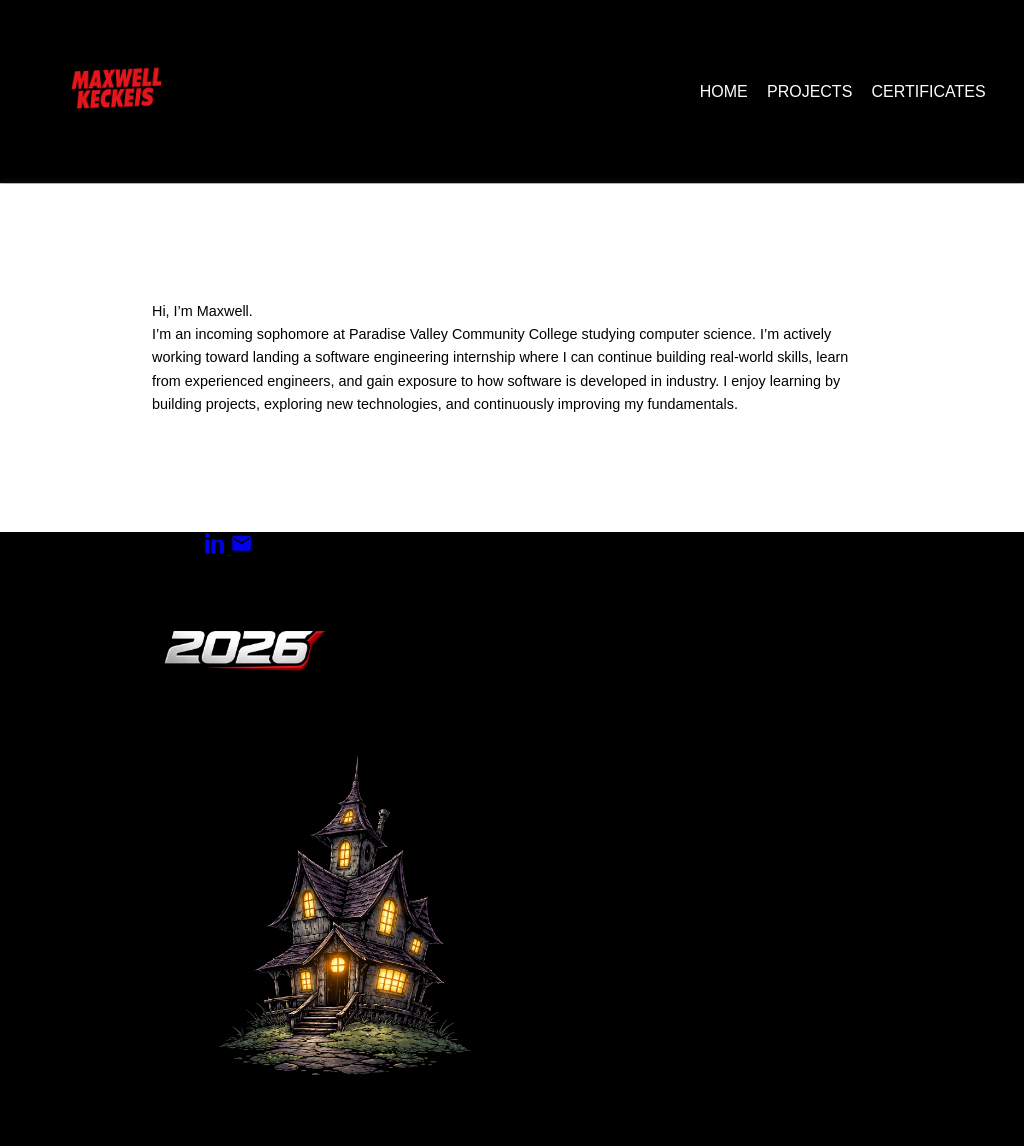
Repository: Maxwell-Keckeis/Maxwell-Keckeis.github.io
Page: index.html
An editor plug-in stored every save of this project. The page is shown before and after the next save, followed by the edit.
The browser window is 1280 px wide. The pictures show the whole page, at 80% of full size.
Some web fonts or font styles are not loaded; a fallback is used.

Above is the page before, as saved 2026-02-07 15:50:40.

### index.html
<!DOCTYPE html>
<html lang="en">
   <head>
      <meta charset="UTF-8">
      <meta name="viewport" content="width=device-width, initial-scale=1.0">
      <title>MEK</title>

      <link rel="preconnect" href="https://fonts.googleapis.com">
      <link rel="preconnect" href="https://fonts.gstatic.com" crossorigin>
      <link href="https://fonts.googleapis.com/css2?family=Anton+SC&display=swap" rel="stylesheet">

      <link rel="stylesheet" href="css/styles.css">
   </head>

   <body>
        <header>
            <div class="header-inner">

                <a href="./index.html">
                    <img src="./assets/images/max_logo.png" alt="logo for max" width="200" height="200">
                </a>

                <nav>
                    <a href="./index.html">HOME</a>
                    <a href="./projects.html">PROJECTS</a>
                    <a href="./certificates.html">CERTIFICATES</a>
                </nav>
            </div>
        </header>

        <main>
            <section class="section">
                <div class="content">
                        <p>
                            Hi, I’m Maxwell.
                            <br>
                            I’m an incoming sophomore at Paradise Valley Community College studying computer science.
                            I’m actively working toward landing a software engineering internship where I can continue
                            building real-world skills, learn from experienced engineers, and gain exposure to how
                            software is developed in industry. I enjoy learning by building projects, exploring new
                            technologies, and continuously improving my fundamentals.
                        </p>
                </div>
            </section>

            <article>
                <div class="contact-icons">
                    <!-- LinkedIn -->
                    <a href="https://www.linkedin.com/in/YOUR-HANDLE" aria-label="LinkedIn profile" target="_blank" rel="noopener noreferrer">
                        <svg viewBox="0 0 24 24" width="28" height="28" role="img" aria-hidden="true">
                        <path fill="currentColor" d="M4.98 3.5C4.98 4.88 3.87 6 2.5 6S0 4.88 0 3.5 1.12 1 2.5 1 4.98 2.12 4.98 3.5ZM.5 8H4.5V23H.5V8ZM8 8H11.8V10.1H11.85C12.38 9.12 13.68 8.1 15.6 8.1C19.7 8.1 20.5 10.7 20.5 14.1V23H16.5V14.9C16.5 13 16.47 10.6 14 10.6C11.5 10.6 11.1 12.6 11.1 14.8V23H7.1V8H8Z"/>
                        </svg>
                    </a>

                    <!-- Email -->
                    <a href="mailto:youremail@example.com" aria-label="Send me an email">
                        <svg viewBox="0 0 24 24" width="28" height="28" role="img" aria-hidden="true">
                        <path fill="currentColor" d="M20 4H4C2.9 4 2 4.9 2 6v12c0 1.1.9 2 2 2h16c1.1 0 2-.9 2-2V6c0-1.1-.9-2-2-2zm0 4-8 5L4 8V6l8 5 8-5v2z"/>
                        </svg>
                    </a>
                </div>
                <br>
                <img
                    src="./assets/images/2026_img.png" alt="image of 2026" width="300" height="300"
                    style="transform: translateX(clamp(-100px, -8vw, 0px));"
                >
                <br>

                <a class="project-card" href="./projects.html">
                    <img src="assets/images/crooked-house-img.png" alt="Crooked House project screenshot" width="350" height="500">

                    <div class="overlay">
                        <h3>Crooked House</h3>
                        <p>C++ ASCII adventure game</p>
                    </div>
                </a>
            </article>
        </main>
   </body>
</html>

### css/styles.css


.anton-sc-regular {
    font-family: "Anton SC", sans-serif;
    font-weight: 400;
    font-style: normal;
}

body {
    background-color: black;
    margin: 0;
}
header {
    display: flex;
    align-items: center;
    gap: 20px;
    padding: 48px;
    background-color: rgba(0, 0, 0, 0.55);
    backdrop-filter: blur(6px);
    -webkit-backdrop-filter: blur(6px);
    position: sticky;
    top: 0;
    z-index: 1000;
}

.header-inner {
    max-width: 1200px;
    margin: 0 auto;
    display: flex;
    align-items: center;
    width: 100%;
}

h1 {
    margin: 0;
}

nav {
    margin-left: auto;
}

nav a {
    font-family: 'Anton SC', sans-serif;
    font-size: 20px;
    color: white;
    text-decoration: none;
    margin-left: 20px;
    position: relative;
}

nav a::after {
    content: "";
    position: absolute;
    left: 0;
    bottom: -10px;
    width: 100%;
    height: 2px;
    background-color: red;
    opacity: 0;
}
nav a:hover::after {
    opacity: 1;
}

article {
    padding: 0 1rem;
    box-sizing: border-box;
    max-width: 800px;
    margin: 0 auto;
    font-family: 'Anton SC', sans-serif;
    font-size: 15px;
    color: white;
}

img {
    max-width: 100%;
    height: auto;
    display: block;
}

.project-card {
  position: relative;
  display: inline-block;
  width: 350px;
  height: 500px;
  overflow: hidden;
  text-decoration: none;
  background: black; /* fallback when image fades */
}

.project-card img {
  width: 100%;
  height: 100%;
  object-fit: cover;
  display: block;
  transition: opacity 300ms ease;
}

/* overlay container */
.project-card .overlay {
  position: absolute;
  inset: 0; /* shorthand for top/left/right/bottom: 0 */

  display: flex;
  flex-direction: column;
  justify-content: center;
  align-items: center;

  color: white;
  text-align: center;

  opacity: 0;
  transform: translateY(30px);
  transition: opacity 300ms ease, transform 300ms ease;
}

/* hover behavior */
.project-card:hover img {
  opacity: 0;
}

.project-card:hover .overlay {
  opacity: 1;
  transform: translateY(0);
}

/* FULL-WIDTH WHITE BACKGROUND */
.section {
  font-family: "Anton SC", sans-serif;
  font-size: 18px;   /* try 18–20px */
  line-height: 1.6;  /* improves readability */
  background: white;
  width: 100%;
  padding: 80px 0;   /* vertical spacing only */
}

/* CENTERED CONTENT BLOCK */
.content {
  color: black;
  max-width: 900px;
  margin: 0 auto;    /* centers content */
  padding: 48px;
}

/* MOBILE */
@media (max-width: 600px) {
  .section {
    padding: 40px 0;
  }

  .content {
    padding: 24px 16px;
  }
}
:root{
  --title-band-gap: 120px;   /* tweak this until it feels like ~150% */
  --content-max: 900px;      /* match your about-content width */
}

/* reusable band */
.title-band{
  background: black;
  width: 100%;
  padding-top: var(--title-band-gap);
  padding-bottom: 32px;
}

.title-band__inner{
  max-width: var(--content-max);
  margin: 0 auto;
  padding: 0 16px;
  display: flex;
}

.title-band--right  .title-band__inner{ justify-content: flex-end; }
.title-band--center .title-band__inner{ justify-content: center; }
.title-band--left   .title-band__inner{ justify-content: flex-start; }

.title-band__title{
  font-family: "Anton SC", sans-serif;
  color: white;
  margin: 0;
  line-height: 1;
  font-size: 40px;
  letter-spacing: 0.45em;
  text-transform: uppercase;
}

.contact-icons {
  color: red;
}

After the next save:
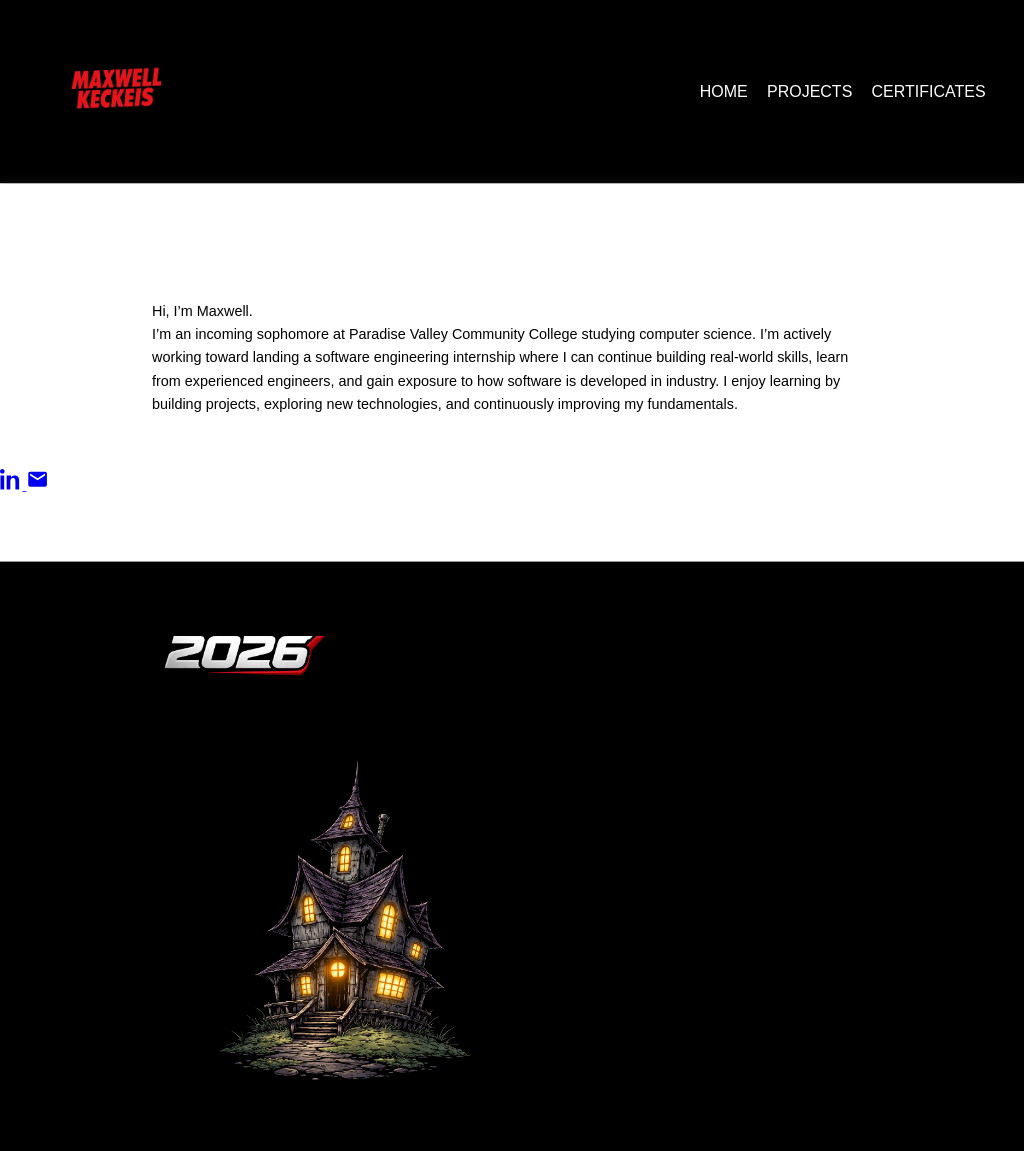
Saved 2 min 27 s later.
--- a/index.html
+++ b/index.html
@@ -41,9 +41,7 @@
                             technologies, and continuously improving my fundamentals.
                         </p>
                 </div>
-            </section>
 
-            <article>
                 <div class="contact-icons">
                     <!-- LinkedIn -->
                     <a href="https://www.linkedin.com/in/YOUR-HANDLE" aria-label="LinkedIn profile" target="_blank" rel="noopener noreferrer">
@@ -59,6 +57,9 @@
                         </svg>
                     </a>
                 </div>
+            </section>
+
+            <article>
                 <br>
                 <img
                     src="./assets/images/2026_img.png" alt="image of 2026" width="300" height="300"
